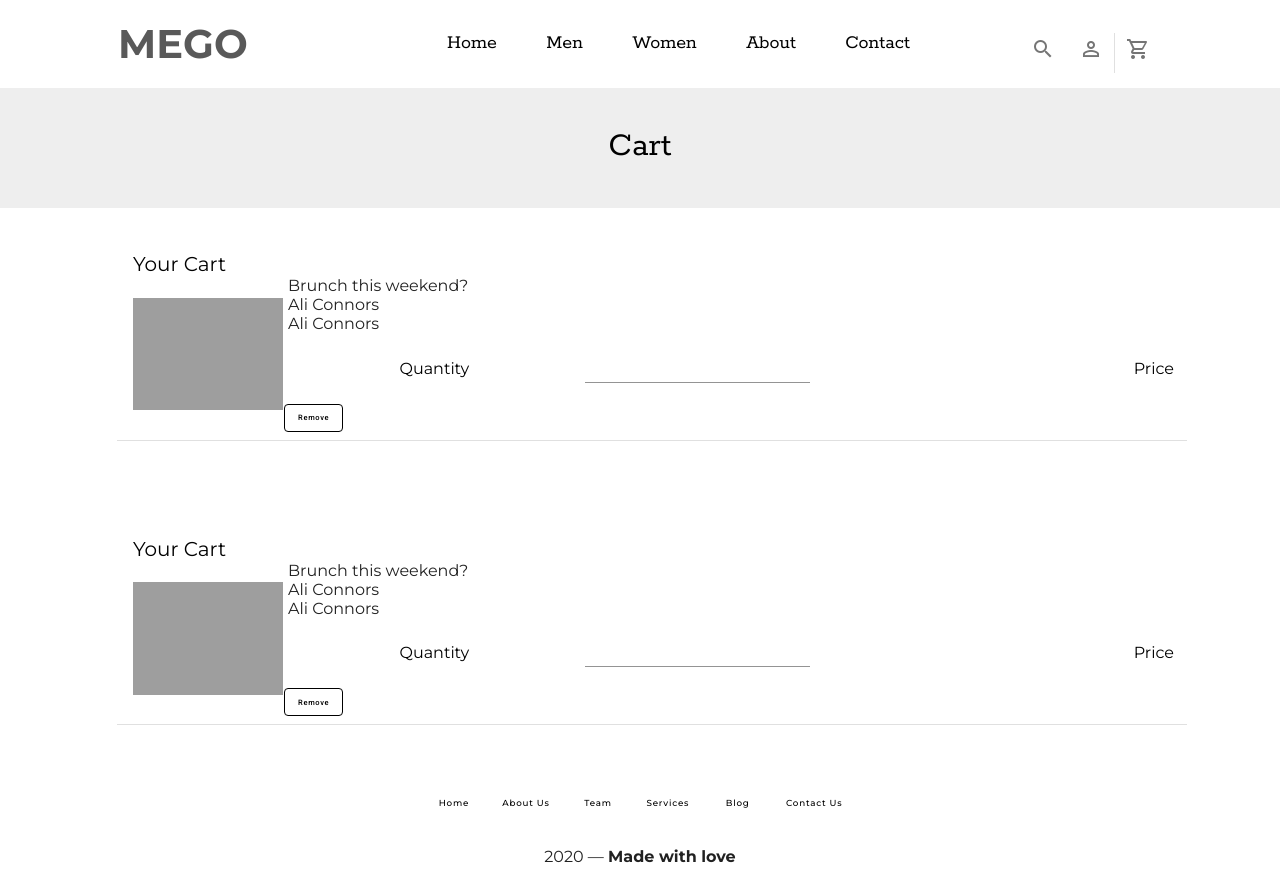
Repository: nguyenphuong152/mego-frontend
Page: /cart (app in frontend/)
The author's editor kept a copy of each file at every save. The page is drawn from the files as they stood at one save, then again after the next save.
The browser window is 1280 px wide. The pictures show the whole page.
Pictures or frames that could not be fetched are drawn as grey boxes. The project was rebuilt for these pictures with package versions that can differ from the ones it lists, and the page was loaded fresh each time. Also part of the build but not shown: frontend/vue.config.js, frontend/src/components/Customer/Collection.vue, frontend/src/components/Customer/Banner.vue, frontend/src/components/Customer/BestSeller.vue, frontend/src/components/Customer/Partner.vue, frontend/src/views/Customer/Home.vue, frontend/src/components/Customer/ProductCategory.vue, frontend/src/components/Customer/ProductView.vue and 10 more. Imported but missing from the stored project, and not drawn on this page: frontend/src/views/Admin/Category.vue, frontend/src/views/Admin/ManageProduct.vue, frontend/src/views/Admin/ManageUser.vue, frontend/src/views/Admin/OrderList.vue.

Above is the page before, as saved 2020-11-26 17:05:11.

After the next save:
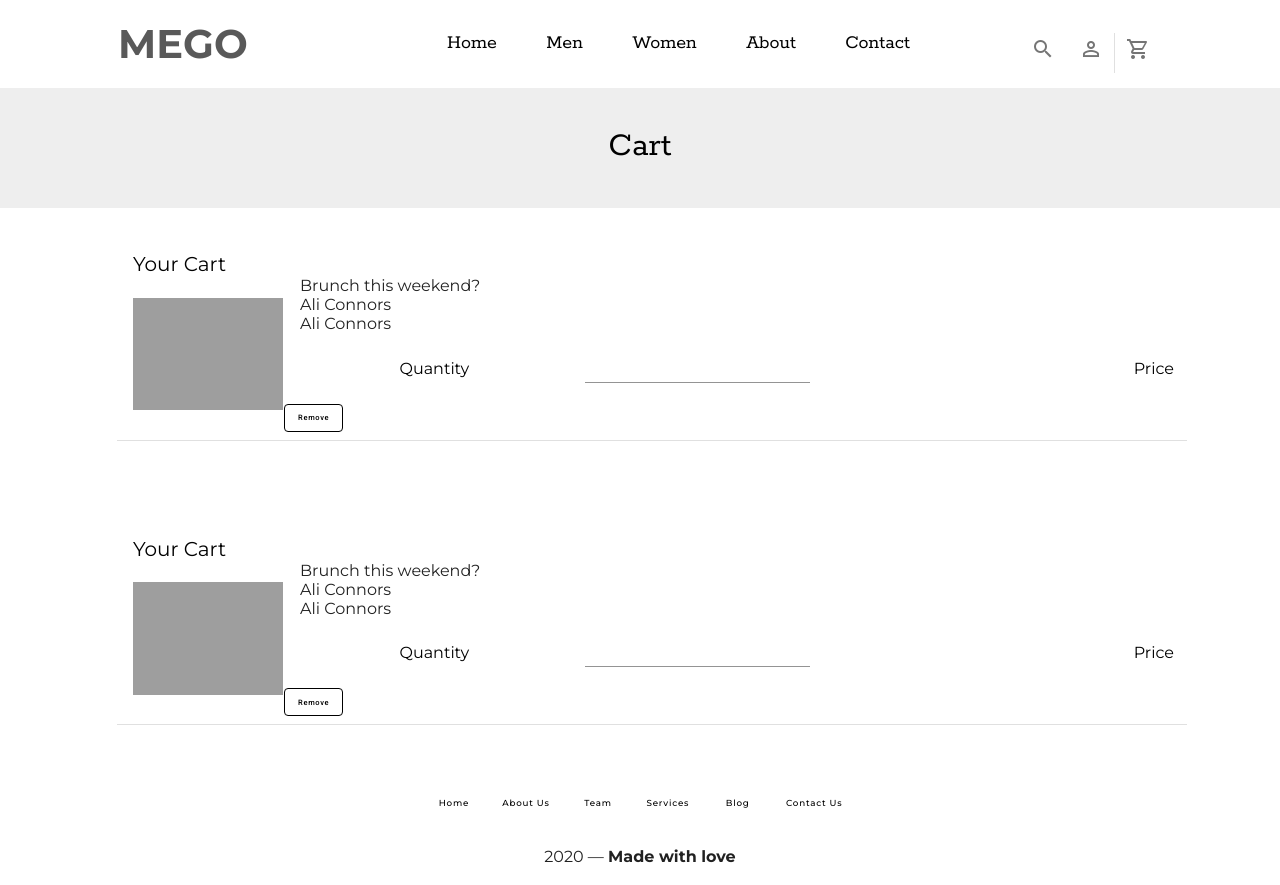
Saved 5 s later.
--- a/frontend/src/components/Customer/TotalProducts.vue
+++ b/frontend/src/components/Customer/TotalProducts.vue
@@ -14,7 +14,7 @@
         <v-list-item v-else :key="item.title">
           <v-img :src="item.avatar" max-height="150" max-width="150"></v-img>
           <v-container class="pa-0">
-           <v-row class="text-start pl-5">
+           <v-row class="text-start pl-8">
               <v-list-item-title
               v-html="item.title"
               class="admin"
